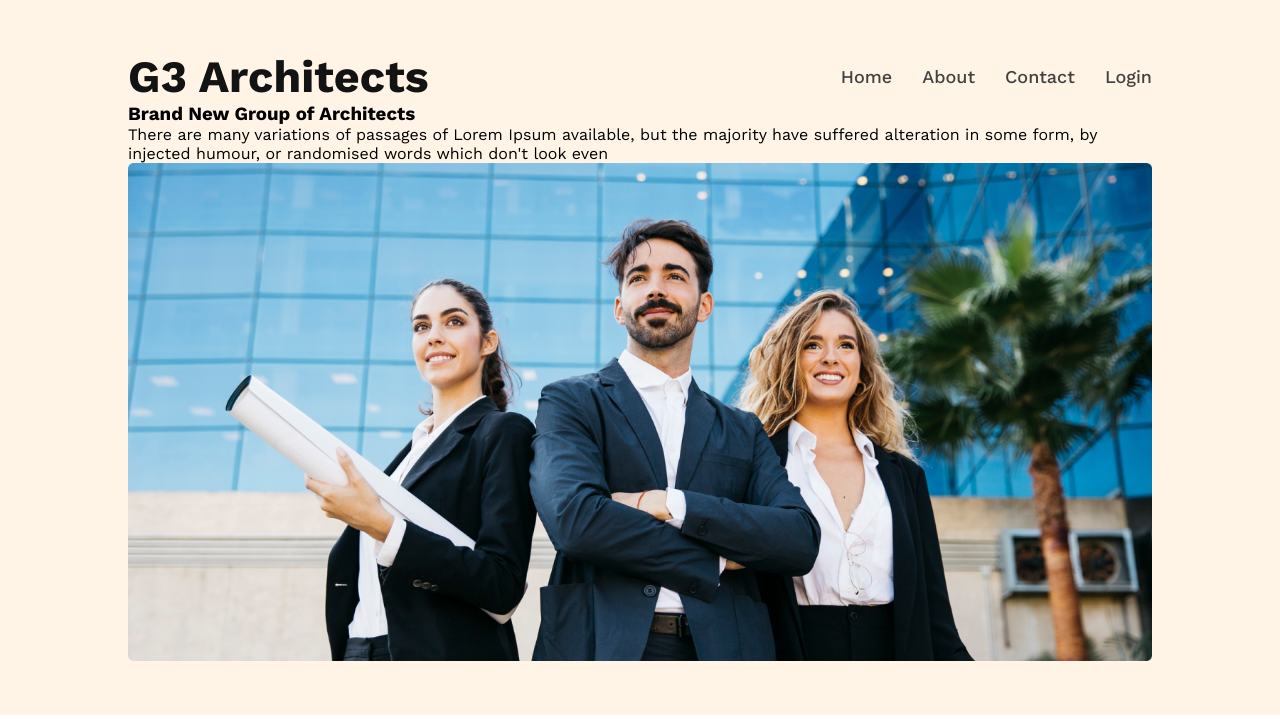
Repository: ShouravAhammed/G3-architects-webpage
Page: index.html
These files come from the project's save history. The page is drawn as it stood at one moment and after the next save; the edit follows.
The browser window is 1280 px wide. The pictures show the whole page.

Above is the page before, as saved 2024-01-12 22:29:57.

### index.html
<!DOCTYPE html>
<html lang="en">
<head>
    <meta charset="UTF-8">
    <meta name="viewport" content="width=device-width, initial-scale=1.0">
    <title>G3 Architects</title>
    <link rel="stylesheet" href="styles/style.css">
</head>
<body>
    <header id="header">
        <div class="container">
            <nav class="navigation">
                <h3 class="website-logo">G3 Architects</h3>
                <ul class="nav">
                    <li><a href="">Home</a></li>
                    <li><a href="">About</a></li>
                    <li><a href="">Contact</a></li>
                    <li><a href="">Login</a></li>
                </ul>
            </nav>
            <section id="banner">
                <div class="banner-content">
                    <h3 class="banner-title">Brand New Group of Architects</h3>
                    <p class="banner-description">There are many variations of passages of Lorem Ipsum available, but the majority have suffered alteration in some form, by injected humour, or randomised words which don't look even</p>

                </div>
                <img src="images/banner.png" alt="">
            </section>
        </div>
    </header>
</body>
</html>

### styles/style.css
/* G3 Architects website fonts from google fonts */
@import url('https://fonts.googleapis.com/css2?family=Work+Sans:ital,wght@0,100;0,200;0,300;0,400;0,500;0,600;0,700;0,800;0,900;1,100;1,200;1,300;1,400;1,500;1,600;1,700;1,800;1,900&display=swap');

/* all body measuring */
*{
    margin: 0;
    padding: 0;
    outline: 0;
    box-sizing: border-box;
    font-family: 'Work Sans', sans-serif;
}

/* container */
.container{
    width: 80%;
    margin: 0 auto;
}


#header{
    background: rgba(255, 144, 14, 0.10);
    padding: 50px 0px;
}
.navigation{
    display: flex;
    justify-content: space-between;
    align-items: center;
}
.website-logo{
    color: #131313;
    font-size: 2.8rem;
    font-weight: 700;
    line-height: normal;
}
.navigation > .nav{
    display: flex;
    gap: 30px;
}
.nav li{
    list-style: none;
}
.nav li a{
    color: #424242;
    font-size: 18px;
    font-weight: 500;
    line-height: 26px;
    text-decoration: none;
}

#banner img{
    width: 100%;
}

After the next save:
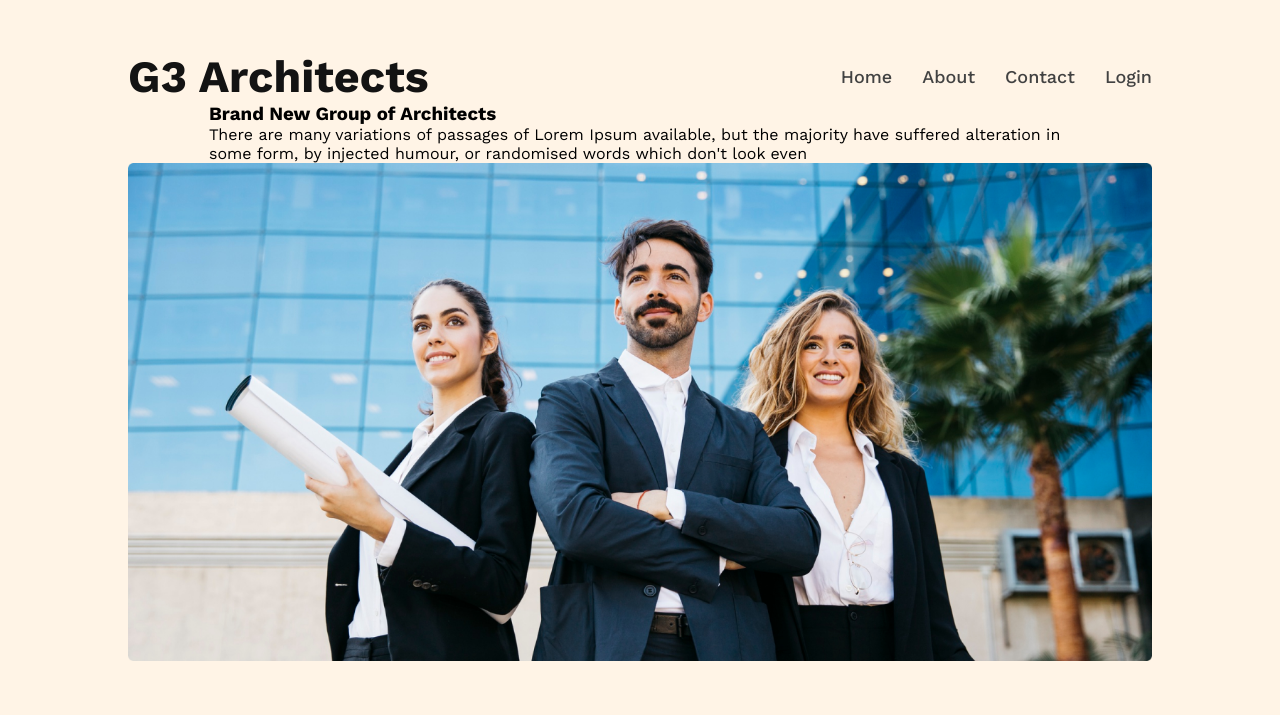
Saved 2 min 4 s later.
--- a/styles/style.css
+++ b/styles/style.css
@@ -46,6 +46,15 @@
     line-height: 26px;
     text-decoration: none;
 }
+/* banner section css style */
+#banner{
+
+}
+#banner .banner-content{
+    width: 862px;
+    margin: 0 auto;
+}
+
 
 #banner img{
     width: 100%;
